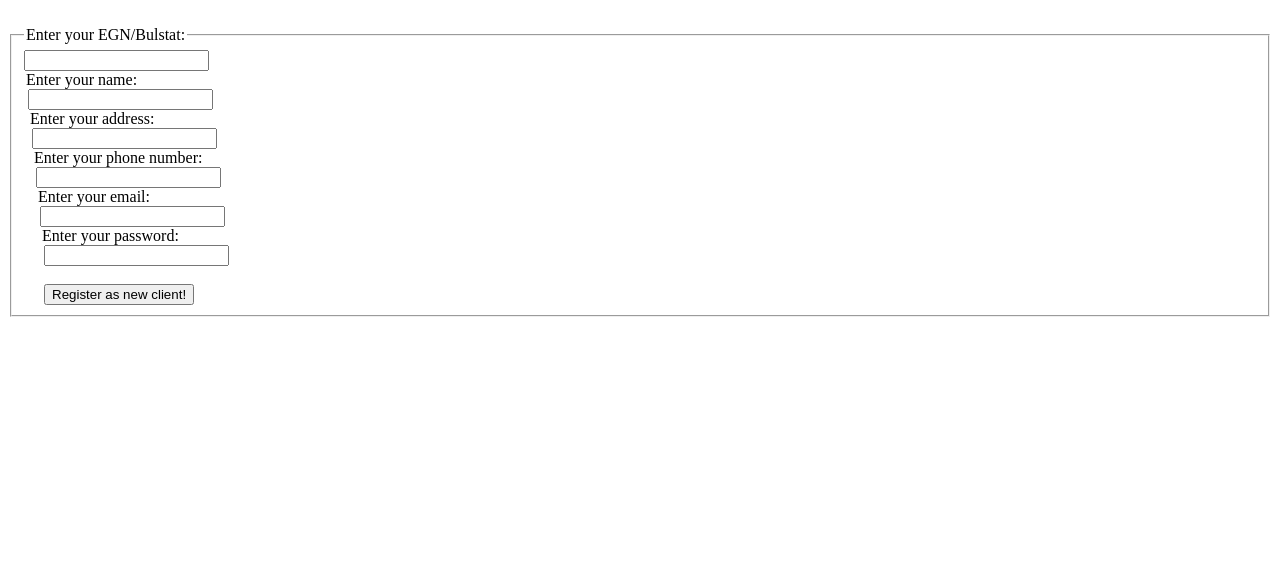
Repository: A-Mitev/E-Banking_Team_Project
Page: http://localhost/FiBank/WEB-INF/views/jsp/Register.jsp
An editor plug-in stored every save of this project. The page is shown before and after the next save, followed by the edit.
The browser window is 1280 px wide. The pictures show the whole page.
The page is served by Tomcat 9. Nobody is signed in. Other server files are loaded and not shown. The template is opened directly, without the code that normally fills it, so the values that code supplies are empty.

Above is the page before, as saved 2016-04-05 20:04:59.

### FiBank/src/main/webapp/WEB-INF/views/jsp/Register.jsp
<%@page import="javax.servlet.descriptor.TaglibDescriptor"%>
<%@ page language="java" contentType="text/html; charset=UTF-8"
	pageEncoding="UTF-8"%>
<%@ taglib prefix="springForm"
	uri="http://www.springframework.org/tags/form"%>
<!DOCTYPE html PUBLIC "-//W3C//DTD HTML 4.01 Transitional//EN" "http://www.w3.org/TR/html4/loose.dtd">
<html>
<head>
<meta http-equiv="Content-Type" content="text/html; charset=UTF-8">
<title>Register Page</title>
</head>
<body>
	 ${text}
	<br />
	<springForm:form method="post" commandName="user" >
	<fieldset>
		<legend>Enter your EGN/Bulstat:</legend>
		<springForm:input type="text" path="id" />
		<br />
		<legend>Enter your name:<legend/>
		<springForm:input type="text" path="name" />
		<br />
		<legend>Enter your address:<legend/>
		<springForm:input type="text" path="address" />
		<br />
		<legend>Enter your phone number:<legend/>
		<springForm:input type="text" path="phone" />
		<br />
		<legend>Enter your email:<legend>
		<springForm:input type="text" path="email" />
		<br />
		<legend>Enter your password:<legend>
		<springForm:input type="text" path="password" />
		<br />
		<br />
		<input type="submit" value="Register as new client!" />
		</fieldset>
	</springForm:form>
</body>
</html>

After the next save:
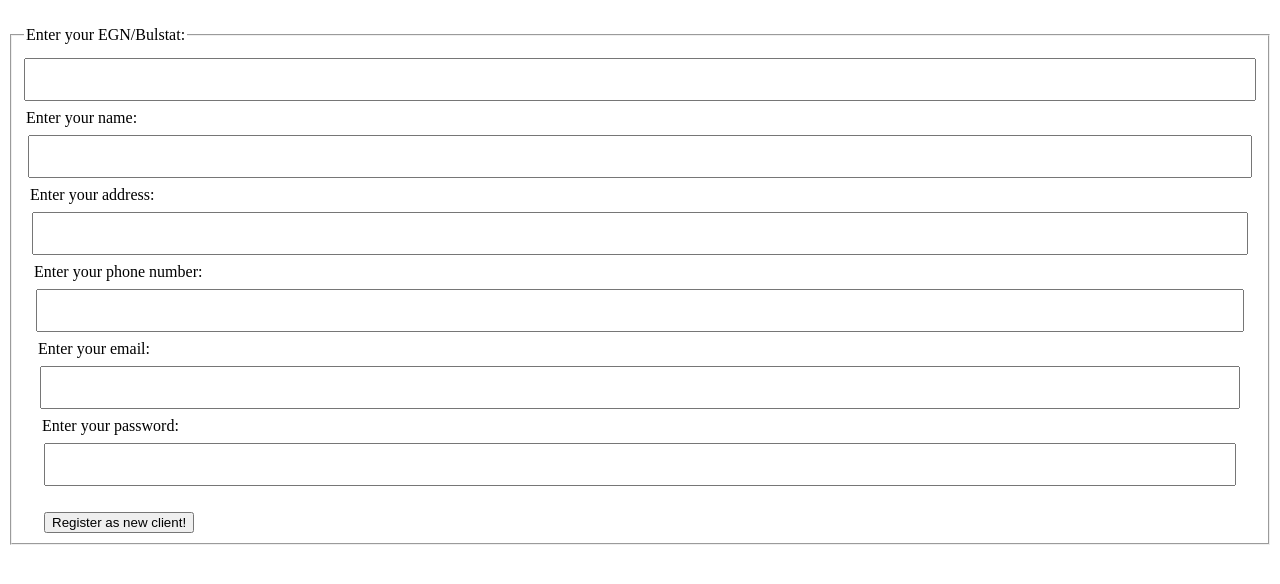
Saved 104 s later.
--- a/FiBank/src/main/webapp/WEB-INF/views/jsp/Register.jsp
+++ b/FiBank/src/main/webapp/WEB-INF/views/jsp/Register.jsp
@@ -6,6 +6,14 @@
 <!DOCTYPE html PUBLIC "-//W3C//DTD HTML 4.01 Transitional//EN" "http://www.w3.org/TR/html4/loose.dtd">
 <html>
 <head>
+<style>
+input[type=text] {
+    width: 100%;
+    padding: 12px 20px;
+    margin: 8px 0;
+    box-sizing: border-box;
+}
+</style>
 <meta http-equiv="Content-Type" content="text/html; charset=UTF-8">
 <title>Register Page</title>
 </head>
